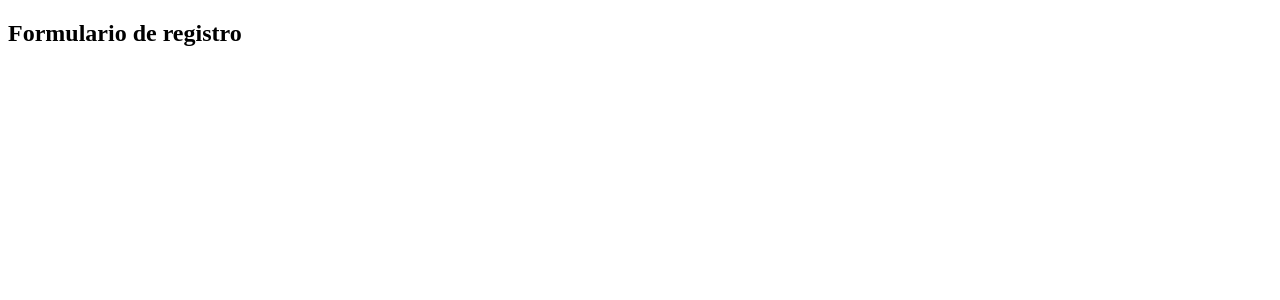
Repository: scgil/master-java
Page: Semana3/03-DataSource/src/main/webapp/formulario.html
These files come from the project's save history. The page is drawn as it stood at one moment and after the next save; the edit follows.
The browser window is 1280 px wide. The pictures show the whole page.

Above is the page before, as saved 2024-12-19 16:41:13.

After the next save:
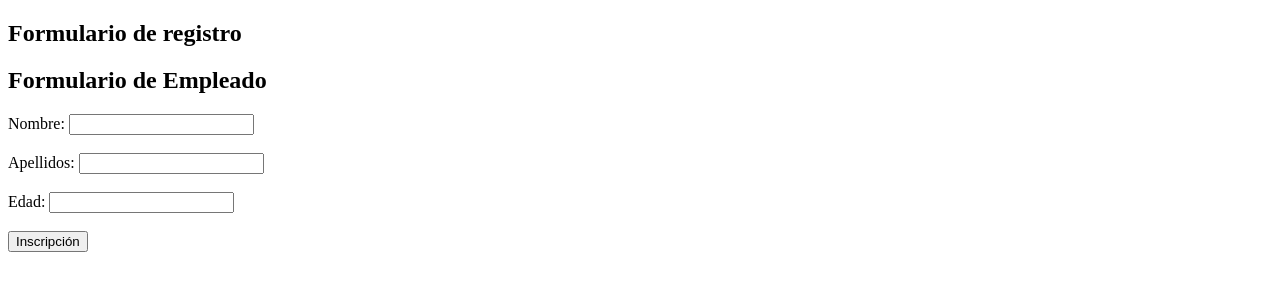
Saved 2 min 49 s later.
--- a/Semana3/03-DataSource/src/main/webapp/formulario.html
+++ b/Semana3/03-DataSource/src/main/webapp/formulario.html
@@ -6,6 +6,16 @@
 </head>
 <body>
 <h2>Formulario de registro</h2>
+<h2>Formulario de Empleado</h2>
 
+    <form action="/submit" method="post">
+        <label for="nombre">Nombre:</label>
+        <input type="text" id="nombre" name="nombre" required><br><br>
+        <label for="apellidos">Apellidos:</label>
+        <input type="text" id="apellidos" name="apellidos" required><br><br>
+        <label for="edad">Edad:</label>
+        <input type="number" id="edad" name="edad" required><br><br>
+        <input type="submit" value="Inscripción">
+    </form>
 </body>
 </html>
